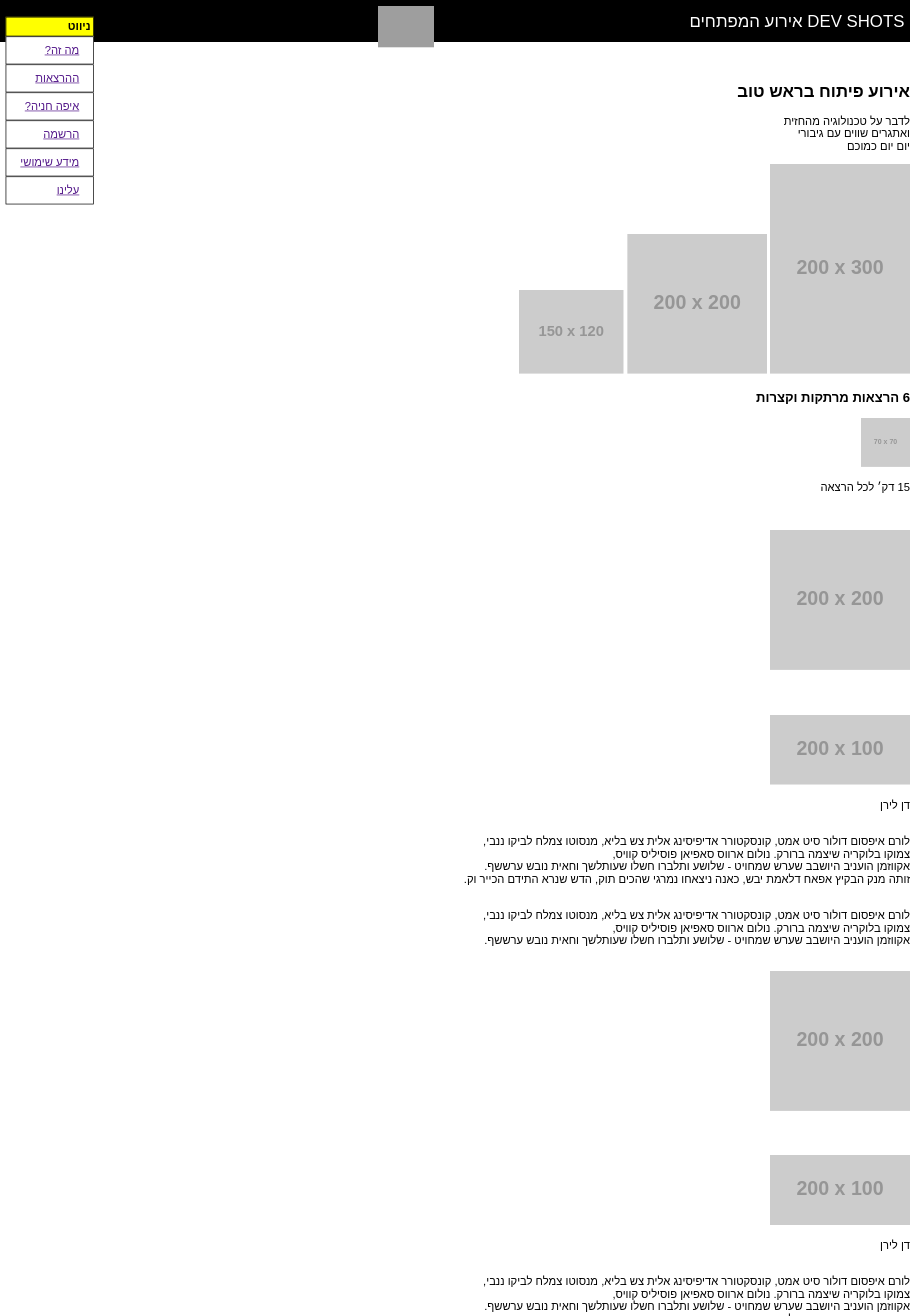
Repository: Julian-Escobar/DevShots
Page: index.html
An editor plug-in stored every save of this project. The page is shown before and after the next save, followed by the edit.
The browser window is 1280 px wide. The page is 1300 px wide, so the pictures cover 1300 px, including what lies to the right of the window. The pictures show the part of the page from y = 0 to 1880 px (the page is 7854 px tall before and 5922 px after), at 70% of full size.
Pictures or frames that could not be fetched are drawn as grey boxes.

Above is the page before, as saved 2018-08-27 20:02:26.

### index.html
<!DOCTYPE HTML>
<html>
  <head>
      <link rel="stylesheet" href="style.css">
        <style>

                body{
                    text-align: right;
                    direction: rtl;
                }
        </style>
  </head>
  <body>
      <!--header-->
       <header>
        <h2 class="title">   DEV SHOTS אירוע המפתחים  </h2>
       <div ><a ></a><img class="netcraftlogo" src="https://cdn.dribbble.com/users/277968/screenshots/1639449/netcraftdev_1x.png" alt="netcraft logo"></a> </div>
        <div class="dropdownnav"> <nav>
            <ul>
              <li><div class="navtitle"> <b>ניווט</b></li><li><a class="navlink" href=""> מה
                   זה? </a></li><li><a class="navlink" href=""> ההרצאות

                   </a></li><li><a class="navlink" href=""> איפה
                        חניה? </a></li><li><a class="navlink" href=""> הרשמה

                        </a></li><li><a class="navlink" href=""> מידע
                             שימושי </a></li><li><a class="navlink" href=""> עלינו </a></li>
                                  </ul>
        </nav> </div>
       </header>
       <br> <br>

       <!--section 1-->
       <section class="section1 conteiner" >
               <div> <h1 class="secondtitle">אירוע פיתוח בראש טוב</h1>
                     <p> לדבר על טכנולוגיה מהחזית <br>ואתגרים שווים עם גיבורי<br> יום יום כמוכם</p>
               </div>
          <a class="robot 1"href="https://placeholder.com"><img src="https://via.placeholder.com/200x300" alt="robot1 image"></a>
          <a class="robot 2"href="https://placeholder.com"><img src="https://via.placeholder.com/200x200" alt="robot2 image"></a>
          <a class="robot 3"href="https://placeholder.com"><img src="https://via.placeholder.com/150x120" alt="robot3 image"></a>
       </section>

              <!--section 2 lectures-->
        <section class="section2 conteiner">
                    <h3>6 הרצאות מרתקות וקצרות</h3>
                    <div class="lecture time"> <a class="clock icon"href="https://placeholder.com"><img src="https://via.placeholder.com/70x70"alt="clock icon"> </a>
                    <p>15 דק׳ לכל הרצאה</p></div>
                    <br>
                    <br>

                  <article class="lecture container">
                            <a class="prof picture"href="https://placeholder.com"><img src="https://via.placeholder.com/200x200" alt="lecturer photo"></a>
                             <h3 class="card title">חומריות בעולם הגידיטל</h3>
                             <a class="bubble image"href="https://placeholder.com"><img src="https://via.placeholder.com/200x100"alt="bubble image"></a>
                                <p class="prof name">דן לירן</p> </div>
                                <p class=><br>לורם איפסום דולור סיט אמט, קונסקטורר אדיפיסינג אלית צש בליא, מנסוטו צמלח לביקו ננבי,
                                        <br>צמוקו בלוקריה שיצמה ברורק. נולום ארווס סאפיאן פוסיליס קוויס,
                                        <br>אקווזמן הועניב היושבב שערש שמחויט - שלושע ותלברו חשלו שעותלשך וחאית נובש ערששף.
                                        <br> זותה מנק הבקיץ אפאח דלאמת יבש, כאנה ניצאחו נמרגי שהכים תוק, הדש שנרא התידם הכייר וק.</p>
                                    <p><br>לורם איפסום דולור סיט אמט, קונסקטורר אדיפיסינג אלית צש בליא, מנסוטו צמלח לביקו ננבי,
                                        <br> צמוקו בלוקריה שיצמה ברורק. נולום ארווס סאפיאן פוסיליס קוויס,
                                        <br>  אקווזמן הועניב היושבב שערש שמחויט - שלושע ותלברו חשלו שעותלשך וחאית נובש ערששף. </p>

                 </article>
                 <br>
                 <article class="lecture container">
                        <a class="prof picture"href="https://placeholder.com"><img src="https://via.placeholder.com/200x200"alt="lecturer photo"></a>
                         <h3 class="card title">חומריות בעולם הגידיטל</h3>
                         <a class="bubble image"href="https://placeholder.com"><img src="https://via.placeholder.com/200x100"alt="bubble image"></a>
                            <p class="prof name">דן לירן</p> </div>
                            <p class=><br>לורם איפסום דולור סיט אמט, קונסקטורר אדיפיסינג אלית צש בליא, מנסוטו צמלח לביקו ננבי,
                                    <br>צמוקו בלוקריה שיצמה ברורק. נולום ארווס סאפיאן פוסיליס קוויס,
                                    <br>אקווזמן הועניב היושבב שערש שמחויט - שלושע ותלברו חשלו שעותלשך וחאית נובש ערששף.
                                    <br> זותה מנק הבקיץ אפאח דלאמת יבש, כאנה ניצאחו נמרגי שהכים תוק, הדש שנרא התידם הכייר וק.</p>
                                <p><br>לורם איפסום דולור סיט אמט, קונסקטורר אדיפיסינג אלית צש בליא, מנסוטו צמלח לביקו ננבי,
                                    <br> צמוקו בלוקריה שיצמה ברורק. נולום ארווס סאפיאן פוסיליס קוויס,
                                    <br>  אקווזמן הועניב היושבב שערש שמחויט - שלושע ותלברו חשלו שעותלשך וחאית נובש ערששף. </p>

             </article>

             <br>
             <article class="lecture container">
                    <a class="prof picture"href="https://placeholder.com"><img src="https://via.placeholder.com/200x200"alt="lecturer photo"></a>
                    <h3 class="card title">חומריות בעולם הגידיטל</h3>
                     <a class="bubble image"href="https://placeholder.com"><img src="https://via.placeholder.com/200x100"alt="bubble image"></a>
                        <p class="prof name">דן לירן</p> </div>
                        <p class=><br>לורם איפסום דולור סיט אמט, קונסקטורר אדיפיסינג אלית צש בליא, מנסוטו צמלח לביקו ננבי,
                                <br>צמוקו בלוקריה שיצמה ברורק. נולום ארווס סאפיאן פוסיליס קוויס,
                                <br>אקווזמן הועניב היושבב שערש שמחויט - שלושע ותלברו חשלו שעותלשך וחאית נובש ערששף.
                                <br> זותה מנק הבקיץ אפאח דלאמת יבש, כאנה ניצאחו נמרגי שהכים תוק, הדש שנרא התידם הכייר וק.</p>
                            <p><br>לורם איפסום דולור סיט אמט, קונסקטורר אדיפיסינג אלית צש בליא, מנסוטו צמלח לביקו ננבי,
                                <br> צמוקו בלוקריה שיצמה ברורק. נולום ארווס סאפיאן פוסיליס קוויס,
                                <br>  אקווזמן הועניב היושבב שערש שמחויט - שלושע ותלברו חשלו שעותלשך וחאית נובש ערששף. </p>

         </article>
         <br>

         <article class="lecture container">
                <a class="prof picture"href="https://placeholder.com"><img src="https://via.placeholder.com/200x200"alt="lecturer photo"></a>
                <h3 class="card title">חומריות בעולם הגידיטל</h3>
                <a class="bubble image"href="https://placeholder.com"><img src="https://via.placeholder.com/200x100"alt="bubble image"></a>
                    <p class="prof name">דן לירן</p> </div>
                    <p class=><br>לורם איפסום דולור סיט אמט, קונסקטורר אדיפיסינג אלית צש בליא, מנסוטו צמלח לביקו ננבי,
                            <br>צמוקו בלוקריה שיצמה ברורק. נולום ארווס סאפיאן פוסיליס קוויס,
                            <br>אקווזמן הועניב היושבב שערש שמחויט - שלושע ותלברו חשלו שעותלשך וחאית נובש ערששף.
                            <br> זותה מנק הבקיץ אפאח דלאמת יבש, כאנה ניצאחו נמרגי שהכים תוק, הדש שנרא התידם הכייר וק.</p>
                        <p><br>לורם איפסום דולור סיט אמט, קונסקטורר אדיפיסינג אלית צש בליא, מנסוטו צמלח לביקו ננבי,
                            <br> צמוקו בלוקריה שיצמה ברורק. נולום ארווס סאפיאן פוסיליס קוויס,
                            <br>  אקווזמן הועניב היושבב שערש שמחויט - שלושע ותלברו חשלו שעותלשך וחאית נובש ערששף. </p>

     </article>
     <br>

     <article class="lecture container">
            <a class="prof picture"href="https://placeholder.com"><img src="https://via.placeholder.com/200x200"alt="lecturer photo"></a>
             <h3 class="card title">חומריות בעולם הגידיטל</h3>
             <a class="bubble image"href="https://placeholder.com"><img src="https://via.placeholder.com/200x100"alt="bubble image"></a>
                <p class="prof name">דן לירן</p> </div>
                <p class=><br>לורם איפסום דולור סיט אמט, קונסקטורר אדיפיסינג אלית צש בליא, מנסוטו צמלח לביקו ננבי,
                        <br>צמוקו בלוקריה שיצמה ברורק. נולום ארווס סאפיאן פוסיליס קוויס,
                        <br>אקווזמן הועניב היושבב שערש שמחויט - שלושע ותלברו חשלו שעותלשך וחאית נובש ערששף.
                        <br> זותה מנק הבקיץ אפאח דלאמת יבש, כאנה ניצאחו נמרגי שהכים תוק, הדש שנרא התידם הכייר וק.</p>
                    <p><br>לורם איפסום דולור סיט אמט, קונסקטורר אדיפיסינג אלית צש בליא, מנסוטו צמלח לביקו ננבי,
                        <br> צמוקו בלוקריה שיצמה ברורק. נולום ארווס סאפיאן פוסיליס קוויס,
                        <br>  אקווזמן הועניב היושבב שערש שמחויט - שלושע ותלברו חשלו שעותלשך וחאית נובש ערששף. </p>

 </article>

 <br>
 <article class="lecture container">
        <a class="prof picture"href="https://placeholder.com"><img src="https://via.placeholder.com/200x200"alt="lecturer photo"></a>
         <h3 class="card title">חומריות בעולם הגידיטל</h3>
         <a class="bubble image"href="https://placeholder.com"><img src="https://via.placeholder.com/200x100"alt="bubble image"></a>
            <p class="prof name">דן לירן</p> </div>
            <p class=><br>לורם איפסום דולור סיט אמט, קונסקטורר אדיפיסינג אלית צש בליא, מנסוטו צמלח לביקו ננבי,
                    <br>צמוקו בלוקריה שיצמה ברורק. נולום ארווס סאפיאן פוסיליס קוויס,
                    <br>אקווזמן הועניב היושבב שערש שמחויט - שלושע ותלברו חשלו שעותלשך וחאית נובש ערששף.
                    <br> זותה מנק הבקיץ אפאח דלאמת יבש, כאנה ניצאחו נמרגי שהכים תוק, הדש שנרא התידם הכייר וק.</p>
                <p><br>לורם איפסום דולור סיט אמט, קונסקטורר אדיפיסינג אלית צש בליא, מנסוטו צמלח לביקו ננבי,
                    <br> צמוקו בלוקריה שיצמה ברורק. נולום ארווס סאפיאן פוסיליס קוויס,
                    <br>  אקווזמן הועניב היושבב שערש שמחויט - שלושע ותלברו חשלו שעותלשך וחאית נובש ערששף. </p>
</article>
<div> <a class="robot4"> <img src="https://via.placeholder.com/70x70"alt="robot4 image"> </a></div>
</section>


<!--section 3 directions-->

<section>
    <article>
    <h4> אז איפה שמים את האוטו?</h4>
    <p>ועוד כמה פרטים חשובים...</p>
    <p> הערב יערך במועדון הסבל</p>
    <address> דרך שלומו 53, תל אביב</address>
 <div class="buses container">
       <hr class=line1>
       <p>מתכנסים בשעה</p>
       <p><big> 18:30 </big></p>
       <hr class=line1>
       <dl>
            <dt>חניה</dt>
              <hr class=line1>
              <dd>1. חניון אלי פלט</dd>
              <dd>2. רחוב אלפסי</dd>
              <dd>3. רחוב חיים בן אתר</dd>
       </dl>
 </div>

 <div class="buses container">
                <hr class=line1>
                <p>מתחילים בשעה:</p>
                <p><big> 19:00 </big></p>
                <hr class=line1>
                <dl>

                     <dt>אוטובוסים</dt>
                       <hr class=line1>
                       <dd>1. רכבת מרכז - 142,42</dd>
                       <dd>2. תחנה מרכזית - 163, 201, 96</dd>
                </dl>
 </div>
 <div class="map">
        <a class="map"> <img src="https://via.placeholder.com/400x400" alt="map image"> </a></div>
        <a class="lupa"> <img src="https://via.placeholder.com/15x15" alt="lupa icon"> </a></div>
        <a href="url">למפה המלאה</a>
</div> </article> </section>
<br>

<!--section 4 contact-->
<h5> הרשמה </h5>
<p>הכניסה היא בחינם אבל מספר המקומות מצומצם.</p>
<p> הערב יערך במועדון הסבנשמח אם תרשמו רק אם אתם מתכוונים להגיע- כדי שלא נסרב למישהו אחר</p>
<hr class=line3>
<p>כל הפרטים אישיים ישארו חסומים ולא נעביא אותם לאף אחד</p>
<hr class=line3>
<br>
<br>

<form action="" method="post">
    <div>
        <label for="name">שם מלא</label>
        <input type="text" placeholder="פרטי וגם משפחה" id="name" name="user_name">
    </div>
    <div>
        <label for="position">תפקיד</label>
        <input  type="position" placeholder="מה אתם עושים ביום יום" id="position" name="user_position">
    </div>
    <div>
            <label for="organization">ארגון</label>
            <input  type="organization" placeholder="מי משלם לכם משכורת" id="organization" name="user_organization">
        </div>
    <div>
            <label for="phone">מספר טלפון</label>
            <input  type="phone" placeholder="או סלולרי, לנו זה לא איכפת" id="phone" name="user_phone">
        </div>
        <div>
                <label for="friends">יש חברים?</label>
                <input  type="friends" placeholder="יש מלא אבל אני בא לבד" id="friends" name="user_friends">
            </div>
            <button name="button">זהו שלח אותי</button>
    </form>
    <br>

<!--section 5 Useful information-->

<section>
    <h6><big>מידע שימושי</big></h6>

    <article> <div class="card2"> <a class="card2 image"> <img src="https://via.placeholder.com/100x100"alt="card image"></a><h3 class="car2 title">קונסקטורר אדיפיסינג אלית</h3>
        <p class="p card2">לורם איפסום דולור סיט אמט, קונסקטורר אדיפיסינג אלית נולום ארווס סאפיאן - פוסיליס קוויס, אקווזמן קולורס מונפרד אדנדום סילקוף, מרגשי ומרגשח</p>
    </div></article>

    <article> <div class="card2"> <a class="card2 image"> <img src="https://via.placeholder.com/100x100"alt="card image"></a><h3 class="car2 title">קונסקטורר אדיפיסינג אלית</h3>
        <p class="p card2">לורם איפסום דולור סיט אמט, קונסקטורר אדיפיסינג אלית נולום ארווס סאפיאן - פוסיליס קוויס, אקווזמן קולורס מונפרד אדנדום סילקוף, מרגשי ומרגשח</p>
    </div></article>

    <article> <div class="card2"> <a class="card2 image"> <img src="https://via.placeholder.com/100x100"alt="card image"></a><h3 class="car2 title">קונסקטורר אדיפיסינג אלית</h3>
        <p class="p card2">לורם איפסום דולור סיט אמט, קונסקטורר אדיפיסינג אלית נולום ארווס סאפיאן - פוסיליס קוויס, אקווזמן קולורס מונפרד אדנדום סילקוף, מרגשי ומרגשח</p>
    </div></article>

    <article> <div class="card2"> <a class="card2 image"> <img src="https://via.placeholder.com/100x100"alt="card image"></a><h3 class="car2 title">קונסקטורר אדיפיסינג אלית</h3>
        <p class="p card2">לורם איפסום דולור סיט אמט, קונסקטורר אדיפיסינג אלית נולום ארווס סאפיאן - פוסיליס קוויס, אקווזמן קולורס מונפרד אדנדום סילקוף, מרגשי ומרגשח</p>
    </div></article>

    <article> <div class="card2"> <a class="card2 image"> <img src="https://via.placeholder.com/100x100"alt="card image"></a><h3 class="car2 title">קונסקטורר אדיפיסינג אלית</h3>
        <p class="p card2">לורם איפסום דולור סיט אמט, קונסקטורר אדיפיסינג אלית נולום ארווס סאפיאן - פוסיליס קוויס, אקווזמן קולורס מונפרד אדנדום סילקוף, מרגשי ומרגשח</p>
    </div></article>

    <article> <div class="card2"> <a class="card2 image"> <img src="https://via.placeholder.com/100x100"alt="card image"></a><h3 class="car2 title">קונסקטורר אדיפיסינג אלית</h3>
        <p class="p card2">לורם איפסום דולור סיט אמט, קונסקטורר אדיפיסינג אלית נולום ארווס סאפיאן - פוסיליס קוויס, אקווזמן קולורס מונפרד אדנדום סילקוף, מרגשי ומרגשח</p>
    </div></article>

    <a class="bottom robot"> <img src="https://via.placeholder.com/200x100"></a>
</section>

<!--section 6 footer-->
<section>
    <div class="footer div"><H3 class="footer title"> קצת עלינו</H3></div>
            <sec> <div class="footer components"> <a class="netcraft logo"> <img src="https://via.placeholder.com/100x30"alt="net craft logo"></a> </div>
            <div class="footer components"><p><b><big> נטפרפט </big></b>ורם איפסום דולור סיט אמט, קונסקטורר אדיפיסינג אלית נולום ארווס סאפיאן - פוסיליס קוויס, אקווזמן קולורס מונפרד אדנדום סילקוף, מרגשי ומרגשח. עמחליף גולר מונפרר סוברט</p></div>
            <div class="footer components"> <a class="logo"> <img src="https://via.placeholder.com/30x30"></a> <p>לורם איפסום דולור סיט אמט</p> </div>
            <div class="footer components"> <a class="logo"> <img src="https://via.placeholder.com/30x30"></a> <p>לורם איפסום דולור סיט אמט</p> </div>
            <div class="footer components"> <a class="logo"> <img src="https://via.placeholder.com/30x30"></a> <p>לורם איפסום דולור סיט אמט</p> </div>
            <div class="footer components"> <a class="logo"> <img src="https://via.placeholder.com/30x30"></a> <p>לורם איפסום דולור סיט אמט</p> </div>

            <div class="footer detail"> <p> איפסום דולור סיט אמט | איפסום דולור סיט אמט | איפסום דולור סיט אמט | some info@here </p> <a class="logo netcraft small"> <img src="https://via.placeholder.com/30x12"alt="netcraft logo"></a>  </div></sec>
</section>

  </body>
</html>

### style.css
html {
    -moz-box-sizing: border-box;
    box-sizing: border-box;
}

ul {
    list-style: none;
  }

*,
*:before,
*:after {
    box-sizing: inherit;
}

@font-face {
    font-family: 'Rubik', sans-serif;
    src: url("hhttps://fonts.googleapis.com/css?family=Rubik" );
}

body{
    font-family: 'Rubik', sans-serif;
    margin: 0 auto;
    width: 1300px;
}
header{
    display: flex;
    padding: 8px;
    justify-content: space-between;
    align-content: center;
    background-color: black;
    height: 60px;
    }

.title {
    font-weight: 100;
    color: white;
    align-self: center;
}
.netcraftlogo {
    height:60px;
    align-self: center;

    }

    .navtitle {
        background-color: yellow;
        padding: 4px;
        border: 1px solid black
    }

    .navlink {
        background-color: white;
        padding: 4px;
        border: 1px solid black;
        align-self: right;
        display: block;
        position: relative;
        z-index: 100;
        margin-top: 0px;
        padding-top: 10px;
        padding-bottom: 10px;
        padding-left: 20px;
        padding-right: 20px;
   }

After the next save:
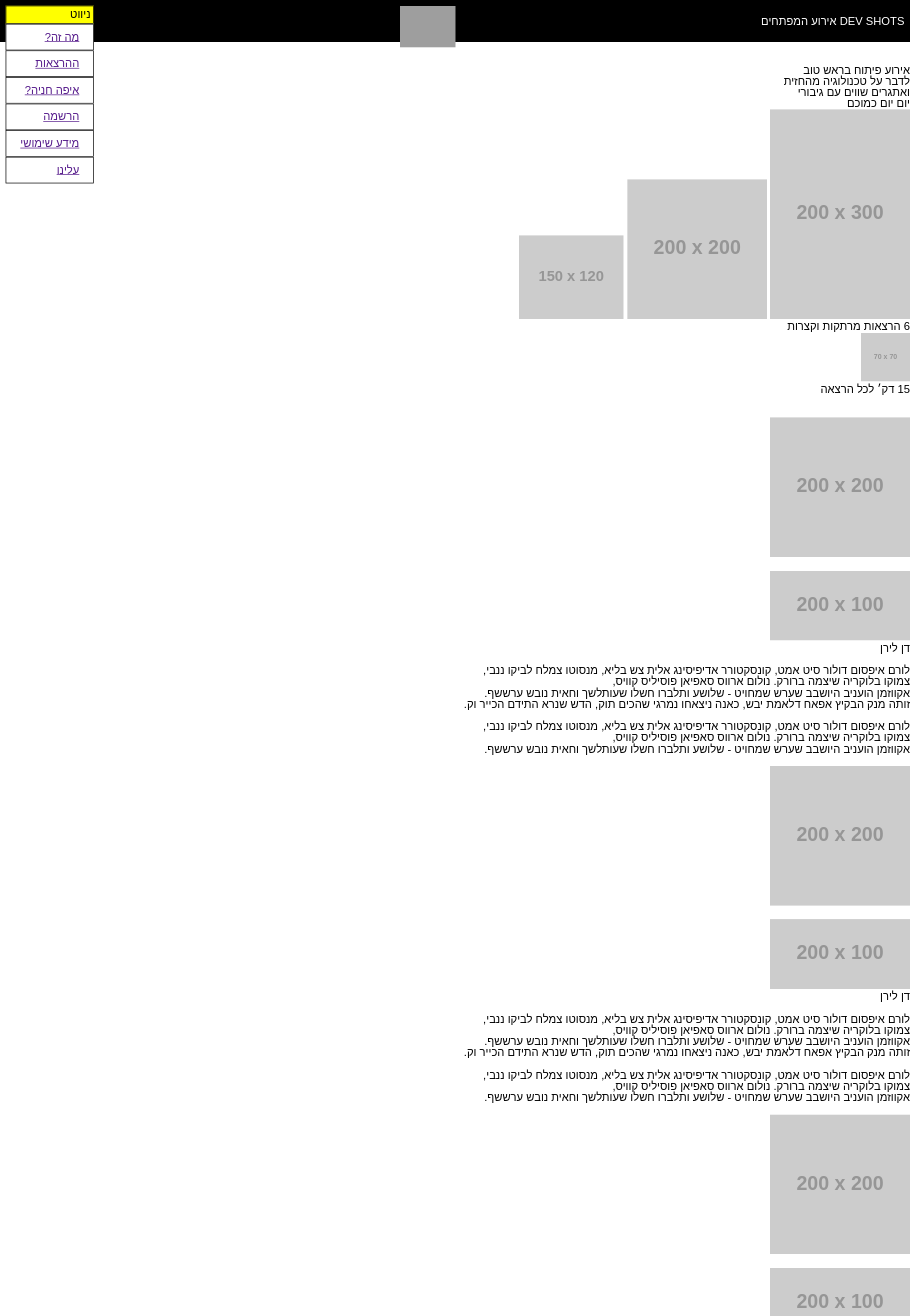
Saved 9 min 24 s later.
--- a/style.css
+++ b/style.css
@@ -1,3 +1,55 @@
+/* http://meyerweb.com/eric/tools/css/reset/
+   v2.0 | 20110126
+   License: none (public domain)
+*/
+
+html, body, div, span, applet, object, iframe,
+h1, h2, h3, h4, h5, h6, p, blockquote, pre,
+a, abbr, acronym, address, big, cite, code,
+del, dfn, em, img, ins, kbd, q, s, samp,
+small, strike, strong, sub, sup, tt, var,
+b, u, i, center,
+dl, dt, dd, ol, ul, li,
+fieldset, form, label, legend,
+table, caption, tbody, tfoot, thead, tr, th, td,
+article, aside, canvas, details, embed,
+figure, figcaption, footer, header, hgroup,
+menu, nav, output, ruby, section, summary,
+time, mark, audio, video {
+	margin: 0;
+	padding: 0;
+	border: 0;
+	font-size: 100%;
+	font: inherit;
+	vertical-align: baseline;
+}
+/* HTML5 display-role reset for older browsers */
+article, aside, details, figcaption, figure,
+footer, header, hgroup, menu, nav, section {
+	display: block;
+}
+body {
+	line-height: 1;
+}
+ol, ul {
+	list-style: none;
+}
+blockquote, q {
+	quotes: none;
+}
+blockquote:before, blockquote:after,
+q:before, q:after {
+	content: '';
+	content: none;
+}
+table {
+	border-collapse: collapse;
+	border-spacing: 0;
+}
+
+
+
+
 html {
     -moz-box-sizing: border-box;
     box-sizing: border-box;
